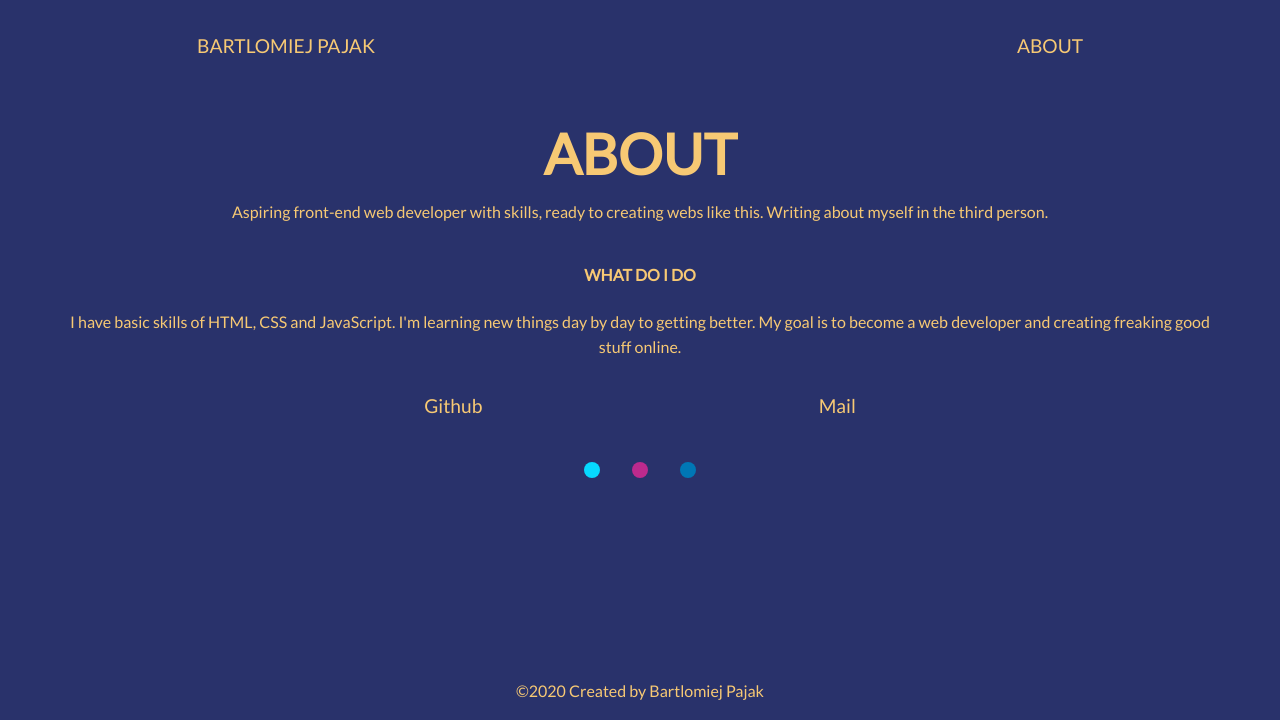
Repository: spidero7/personal-site
Page: about.html
The author's editor kept a copy of each file at every save. The page is drawn from the files as they stood at one save, then again after a run of saves.
The browser window is 1280 px wide. The pictures show the whole page.

Above is the page before, as saved 2020-04-16 23:19:20.

### about.html
<!DOCTYPE html>
<html>

    <head>
        <meta charset="utf-8">
        <title>Bartlomiej Pajak</title>
        <meta name="viewport" content="width=device-width, initial-scale=1">
        <link rel="stylesheet" href="css/normalize.css">
        <link href="https://fonts.googleapis.com/css2?family=Lato&display=swap" rel="stylesheet">
        <link rel="stylesheet" href="css/style.css">
        <link rel="stylesheet" href="css/flexbox.css">
    </head>

    <body>

        <div>
            <header class="main-header">
                <nav>
                    <ul class="main-nav">
                        <li><a href="index.html">Bartlomiej Pajak</a></li>
                        <li><a href="about.html">About</a></li>
                    </ul>
                </nav>
            </header>
        </div>

        <div class="about-container">

            <h1 class="about">About</h1>
            <p class="me">Aspiring front-end web developer with skills, ready to creating webs like this. Writing about myself in the third person.</p>
            <h4>What do I do</h4>
            <p>I have basic skills of HTML, CSS and JavaScript. I'm learning new things day by day to getting better. My goal is to become a web developer and creating freaking good stuff online.</p>

        </div>

        <div>
            <ul class="contact">
                <li><a href="#">Github</a></li>
                <li><a href="#">Mail</a></li>
            </ul>
        </div>

        <div>
            <ul class="social">
                <li><a target="_blank" href="#" class="twitter">twitter</a></li>
                <li><a target="_blank" href="#" class="instagram">instagram</a></li>
                <li><a target="_blank" href="#" class="linkedin">linkedin</a></li>
            </ul>
        </div>

        <footer class="main-footer">
            <span>&copy;2020 Created by Bartlomiej Pajak</span>
        </footer>

    </body>
</html>

### css/style.css
/* =================================
  Base Element Styles
==================================== */

* {
    box-sizing: border-box;
}

body {
    font-family: 'Lato', sans-serif;
    line-height: 1.6;
    color: #F7C974;
    margin: 0;
    background-color: #29326B;
}

h1 {
    text-transform: uppercase;
    text-align: center;
    display: block;
    font-size: 3.5em;
    margin-bottom: auto;

}

h4 {
    text-transform: uppercase;
    align-self: center;
}

ul {
    margin: 0;
    padding: 0;
    list-style: none;
}

a {
    text-decoration: none;
    color: #F7C974;
    font-weight: 500;
    font-size: 1.2em;

}

p {
    margin-top: 0;
}

/* =================================
  Base Layout Styles
==================================== */

/* ---- Navigation ---- */

.main-nav {
    margin-top: 5px;
}

.main-nav a {
    text-align: center;
    display: block;
    padding: 5px 5px;
    text-transform: uppercase;
    margin-top: 15px;
}

a:hover {
    color: rgb(212, 188, 144);
}

.target {
    text-align: center;
    display: block;
    font-weight: 500;
    font-size: 1.2em;
    margin-top: 10px;;
}


/* ---- Layout Containers ---- */

.main-header {
    padding-top: .35em;
    padding-bottom: .35em;
}

.container {
    padding: 1em 0;
    width: 80%;
    margin: 0 auto;
}

.main-footer {
    padding: 1em 0;
    margin-top: 30px;
    text-align: center;
}

.about-container {
    width: 90%;
    margin: 0 auto;
    text-align: center;
}

.contact {
    margin: 15px auto 0 auto;
    width: 60%;
}

/* =================================
    Social
==================================== */

.social a{
    display: inline-block;
    border-radius: 50%;
    margin: 40px 16px 0 16px;
    width: 16px;
    height: 16px;
    overflow: hidden;
    white-space: nowrap;
    text-indent: 99em;
    transition: .2s;
}

.social a:hover {
    width: 20px;
    height: 20px;
}

.twitter {
    background-color: #06d9ff;
}

.instagram {
    background-color: #bc2a8d;
}

.linkedin {
    background-color: #0077B5;
}

/* =================================
  Media Queries
==================================== */


@media (min-width: 769px) {
    .main-header,
    .main-footer,
    .container  {
        width: 80%;
        margin: 0 auto;
    }

    .position {
        font-size: 4.5em;
    }

    .target {
        font-size: 1.4em;
    }

}

@media (min-width: 1025px) {
    .container{
        width: 60%;
        max-width: 810px;
    }
}

@media (min-width: 1025px) {
    .main-header {
        width: 70%;
    }
}

### css/flexbox.css
/* =================================
  Base Styles
==================================== */

body {
    display: flex;
    flex-direction: column;
    min-height: 100vh;
}

.main-footer {
    margin-top: auto;
}

.about-container {
    display: flex;
    flex-direction: column;
    align-items: center;
}

.contact {
    display: flex;
    justify-content: space-around;
    margin: 15px auto 0 auto;
}

.social {
    display: flex;
    justify-content: center;
}

/* =================================
  Media Queries
==================================== */

@media (min-width: 769px) {
    .main-nav {
        display: flex;
        flex-direction: row;
        justify-content: space-between;
    }

    .container {
        margin-top: 50px;
    }

}

Loaded but not shown: css/normalize.css (library)

After the next 2 saves:
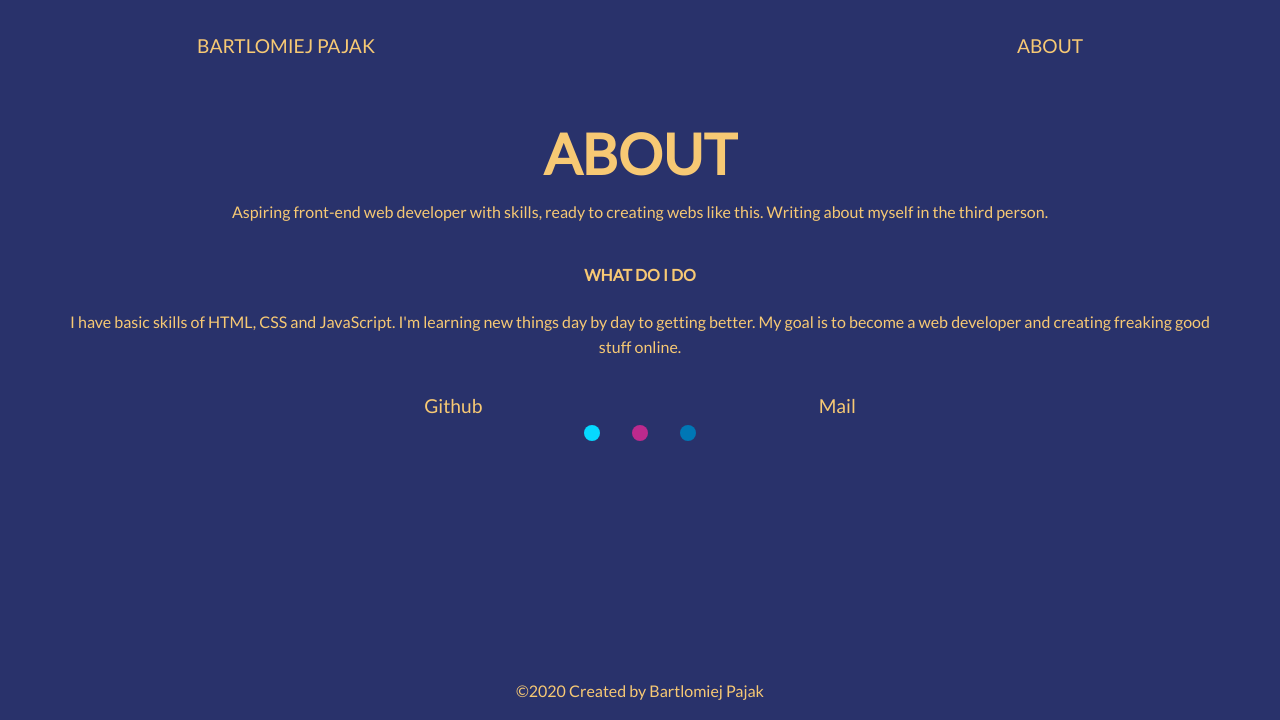
The 2 saves are shown as one change because they came seconds apart.
The last was saved 79 s later.
--- a/css/style.css
+++ b/css/style.css
@@ -114,7 +114,7 @@ a:hover {
 .social a{
     display: inline-block;
     border-radius: 50%;
-    margin: 40px 16px 0 16px;
+    margin: 0 16px;
     width: 16px;
     height: 16px;
     overflow: hidden;
